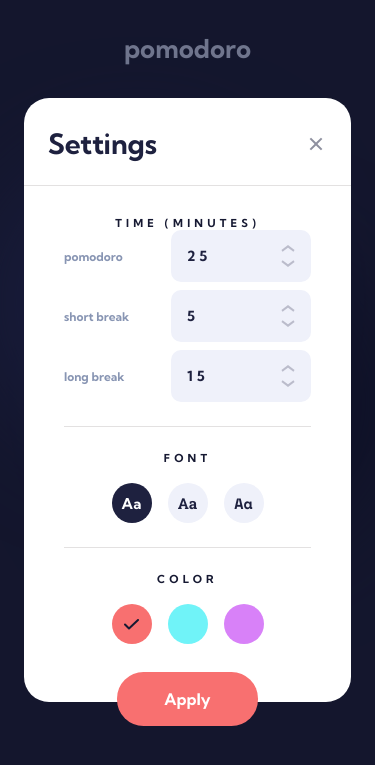
Repository: blordeus/pomodoro-app
Page: /, after clicking the first element matching `button.settings-trigger`
These files come from the project's save history. The page is drawn as it stood at one moment and after the next save; the edit follows.
The browser window is 375 px wide. The pictures show the whole page.
The project was rebuilt for these pictures with package versions that can differ from the ones it lists, and the page was loaded fresh each time.

Above is the page before, as saved 2026-05-09 18:38:38.

### index.html
<!doctype html>
<html lang="en">
  <head>
    <meta charset="UTF-8" />
    <meta name="viewport" content="width=device-width, initial-scale=1.0" />
    <title>Pomodoro App</title>
  </head>
  <body>
    <div id="root"></div>
    <script type="module" src="/src/main.jsx"></script>
  </body>
</html>

### src/main.jsx
import React from 'react';
import { createRoot } from 'react-dom/client';
import './index.css';
import App from './App.jsx';

createRoot(document.getElementById('root')).render(
  <React.StrictMode>
    <App />
  </React.StrictMode>
);

### src/index.css
@import url('https://fonts.googleapis.com/css2?family=Kumbh+Sans:wght@400;700&family=Roboto+Slab:wght@400;700&family=Space+Mono:wght@400;700&display=swap');

/* ─── Design Tokens ─────────────────────────────────────────── */
:root {
  --bg: #1E213F;
  --surface: #161932;
  --surface-alt: #0D0E1C;
  --text-primary: #D7E0FF;
  --text-muted: #8895B3;
  --modal-bg: #FFFFFF;
  --modal-text: #161932;
  --modal-label: #1E213F;
  --modal-section-title: #161932;
  --input-bg: #EFF1FA;
  --input-text: #1E213F;
  --divider: #E3E1E1;

  /* Accent — overridden by useSettings via JS */
  --accent: #F87070;

  /* Font — overridden by useSettings via JS */
  --font-app: 'Kumbh Sans', sans-serif;

  /* Timer sizing */
  --timer-outer: 410px;
  --timer-inner: 340px;
  --timer-ring-size: 339px;
}

/* ─── Reset & Base ──────────────────────────────────────────── */
*, *::before, *::after {
  box-sizing: border-box;
  margin: 0;
  padding: 0;
}

body {
  font-family: var(--font-app);
  background-color: var(--bg);
  color: var(--text-primary);
  min-height: 100vh;
  transition: font-family 0.2s ease;
}

button {
  cursor: pointer;
  border: none;
  background: none;
  font-family: inherit;
}

/* ─── App Layout ────────────────────────────────────────────── */
.app {
  display: flex;
  flex-direction: column;
  align-items: center;
  padding: 48px 24px 56px;
  min-height: 100vh;
}

.app__title {
  font-size: 1.625rem;
  font-weight: 700;
  letter-spacing: 0;
  color: var(--text-primary);
  margin-bottom: 45px;
}

/* ─── Mode Selector ─────────────────────────────────────────── */
.mode-selector {
  display: flex;
  align-items: center;
  background-color: var(--surface);
  border-radius: 31.5px;
  padding: 8px;
  gap: 0;
  margin-bottom: 48px;
}

.mode-btn {
  font-family: var(--font-app);
  font-size: 0.75rem;
  font-weight: 700;
  color: var(--text-muted);
  border-radius: 26.5px;
  padding: 14px 24px;
  transition: color 0.25s ease, background-color 0.25s ease;
  white-space: nowrap;
}

.mode-btn:hover {
  color: var(--text-primary);
}

.mode-btn--active {
  background-color: var(--accent);
  color: var(--modal-label);
}

/* ─── Timer ─────────────────────────────────────────────────── */
.timer-wrapper {
  margin-bottom: 63px;
}

.timer-outer {
  width: var(--timer-outer);
  height: var(--timer-outer);
  border-radius: 50%;
  background: linear-gradient(315deg, #2E325A 0%, #0E112A 100%);
  box-shadow:
    -50px -50px 100px #272C5A,
    50px 50px 100px #121530;
  display: flex;
  align-items: center;
  justify-content: center;
}

.timer-inner {
  width: var(--timer-inner);
  height: var(--timer-inner);
  border-radius: 50%;
  background: var(--surface);
  display: flex;
  align-items: center;
  justify-content: center;
  position: relative;
}

.timer-ring {
  position: absolute;
  inset: 0;
  display: flex;
  align-items: center;
  justify-content: center;
  width: 100%;
  height: 100%;
  padding: 20px;
}

.progress-ring {
  overflow: visible;
  width: 100%;
  height: 100%;
}

.timer-face {
  position: relative;
  z-index: 1;
  display: flex;
  flex-direction: column;
  align-items: center;
  gap: 15px;
  padding: 20px 40px;
  border-radius: 50%;
  background: transparent;
  transition: opacity 0.15s ease;
}

.timer-face:hover .timer-action {
  color: var(--accent);
}

.timer-time {
  font-family: var(--font-app);
  font-size: 5.5rem;
  font-weight: 700;
  color: var(--text-primary);
  letter-spacing: -4px;
  line-height: 1;
}

.timer-action {
  font-family: var(--font-app);
  font-size: 0.875rem;
  font-weight: 700;
  letter-spacing: 13px;
  color: var(--text-primary);
  text-transform: uppercase;
  transition: color 0.2s ease;
  /* offset to account for letter-spacing on last char */
  padding-left: 13px;
}

/* ─── Settings Trigger ──────────────────────────────────────── */
.settings-trigger {
  color: var(--text-muted);
  transition: color 0.2s ease;
  padding: 8px;
}

.settings-trigger:hover {
  color: var(--text-primary);
}

.settings-trigger img {
  opacity: 0.5;
  transition: opacity 0.2s ease;
}

.settings-trigger:hover img {
  opacity: 1;
}

/* ─── Settings Modal ────────────────────────────────────────── */
.modal-backdrop {
  position: fixed;
  inset: 0;
  background: rgba(10, 12, 28, 0.5);
  display: flex;
  align-items: center;
  justify-content: center;
  z-index: 100;
  padding: 24px;
}

.modal {
  background: var(--modal-bg);
  border-radius: 25px;
  width: 100%;
  max-width: 540px;
  position: relative;
  overflow: visible;
}

.modal__header {
  display: flex;
  align-items: center;
  justify-content: space-between;
  padding: 34px 40px 28px;
  border-bottom: 1px solid var(--divider);
}

.modal__title {
  font-size: 1.75rem;
  font-weight: 700;
  color: var(--modal-label);
}

.modal__close {
  color: var(--text-muted);
  padding: 4px;
  transition: color 0.2s ease;
  display: flex;
  align-items: center;
  justify-content: center;
}

.modal__close:hover {
  color: var(--modal-label);
}

.modal__body {
  padding: 6px 40px 24px 40px;

}

.modal__section {
  padding: 24px 0;
}

.modal__section--row {
  display: flex;
  align-items: center;
  justify-content: space-between;
}

.modal__section-title {
  font-size: 0.6875rem;
  font-weight: 700;
  letter-spacing: 4.23px;
  color: var(--modal-section-title);
  text-transform: uppercase;
  margin-bottom: 18px;
}

.modal__section--row .modal__section-title {
  margin-bottom: 0;
}

.modal__time-inputs {
  display: flex;
  gap: 20px;
}

.modal__divider {
  height: 1px;
  background: var(--divider);
}

.modal__options {
  display: flex;
  gap: 16px;
  align-items: center;
}

.modal__footer {
  display: flex;
  justify-content: center;
  padding-bottom: 0;
  /* Apply button overlaps the bottom of the modal */
  margin-top: -20px;
  margin-bottom: -24px;
}

/* ─── TimeInput ─────────────────────────────────────────────── */
.time-input {
  flex: 1;
  display: flex;
  flex-direction: column;
  gap: 8px;
}

.time-input__label {
  font-size: 0.75rem;
  font-weight: 700;
  color: var(--text-muted);
}

.time-input__control {
  display: flex;
  align-items: center;
  justify-content: space-between;
  background: var(--input-bg);
  border-radius: 10px;
  padding: 14px 16px;
  gap: 16px;
}

.time-input__value {
  font-size: 0.875rem;
  font-weight: 700;
  color: var(--input-text);
}

.time-input__arrows {
  display: flex;
  flex-direction: column;
  gap: 8px;
}

.time-input__arrow {
  color: #8895B3;
  display: flex;
  align-items: center;
  justify-content: center;
  transition: color 0.15s ease;
  padding: 0;
  line-height: 1;
}

.time-input__arrow img {
  width: 14px;
  height: 8px;
}

.time-input__arrow:hover {
  color: var(--input-text);
}

/* ─── Font Buttons ──────────────────────────────────────────── */
.font-btn {
  width: 40px;
  height: 40px;
  border-radius: 50%;
  font-size: 0.9375rem;
  font-weight: 700;
  background: var(--input-bg);
  color: var(--modal-label);
  display: flex;
  align-items: center;
  justify-content: center;
  transition: background-color 0.2s ease, color 0.2s ease;
}

.font-btn--active {
  background: var(--modal-label);
  color: var(--modal-bg);
}

/* ─── Color Buttons ─────────────────────────────────────────── */
.color-btn {
  width: 40px;
  height: 40px;
  border-radius: 50%;
  position: relative;
  transition: opacity 0.2s ease;
}

.color-btn:hover {
  opacity: 0.85;
}

.color-btn--active::after {
  content: '';
  position: absolute;
  inset: 0;
  display: flex;
  align-items: center;
  justify-content: center;
  background-image: url("data:[embedded picture, 244 characters]");
  background-repeat: no-repeat;
  background-position: center;
}

/* ─── Apply Button ──────────────────────────────────────────── */
.apply-btn {
  font-family: var(--font-app);
  font-size: 1rem;
  font-weight: 700;
  color: white;
  background: var(--accent);
  border-radius: 26.5px;
  padding: 17px 47px;
  transition: filter 0.2s ease;
}

.apply-btn:hover {
  filter: brightness(1.15);
}

/* ─── Responsive ────────────────────────────────────────────── */
@media (max-width: 600px) {
  :root {
    --timer-outer: 300px;
    --timer-inner: 267px;
    --timer-ring-size: 248px;
  }

  .app {
    padding: 32px 24px 48px;
  }

  .app__title {
    margin-bottom: 40px;
  }

  .mode-selector {
    margin-bottom: 45px;
  }

  .mode-btn {
    padding: 11px 16px;
    font-size: 0.6875rem;
  }

  .timer-time {
    font-size: 5rem;
    letter-spacing: -3px;
  }

  .timer-wrapper {
    margin-bottom: 56px;
  }

  /* Settings modal: stack time inputs vertically */
  .modal__time-inputs {
    flex-direction: column;
    gap: 8px;
  }

  .time-input__control {
    width: 140px;
    flex-shrink: 0;
  }

  .time-input__value {
    letter-spacing: 4px;
  }

  .time-input {
    flex-direction: row;
    align-items: center;
    justify-content: space-between;
  }

  .time-input__label {
    flex-shrink: 0;
  }

  .modal__header {
    padding: 28px 24px 24px;
  }

  .modal__body {
    padding: 6px 40px 24px 40px;

  }

  .modal__section--row {
    flex-direction: column;
    align-items: center;
    gap: 18px;
    text-align: center;
  }

  .modal__section-title {
    margin-bottom: 0;
    text-align: center;
  }


}

### src/App.jsx
import React, { useState } from 'react';
import { useTimer } from './hooks/useTimer';
import { useSettings } from './hooks/useSettings';
import ModeSelector from './components/ModeSelector';
import TimerDisplay from './components/TimerDisplay';
import SettingsModal from './components/SettingsModal';

const App = () => {
  const { settings, applySettings } = useSettings();
  const { mode, status, formattedTime, progress, start, pause, restart, switchMode } = useTimer(settings);
  const [showSettings, setShowSettings] = useState(false);

  return (
    <div className="app">
      <h1 className="app__title">pomodoro</h1>

      <ModeSelector mode={mode} onSwitch={switchMode} />

      <TimerDisplay
        formattedTime={formattedTime}
        progress={progress}
        status={status}
        onStart={start}
        onPause={pause}
        onRestart={restart}
      />

      <button
        className="settings-trigger"
        onClick={() => setShowSettings(true)}
        aria-label="Open settings"
      >
        <img src="/assets/icon-settings.svg" alt="" />
      </button>

      {showSettings && (
        <SettingsModal
          settings={settings}
          onApply={applySettings}
          onClose={() => setShowSettings(false)}
        />
      )}
    </div>
  );
};

export default App;

### src/hooks/useTimer.js
import { useState, useEffect, useRef, useCallback } from 'react';

const MODES = {
  pomodoro: 'pomodoro',
  shortBreak: 'shortBreak',
  longBreak: 'longBreak',
};

export const useTimer = (settings) => {
  const [mode, setMode] = useState(MODES.pomodoro);
  const [status, setStatus] = useState('idle'); // idle | running | paused | complete
  const [timeLeft, setTimeLeft] = useState(settings.pomodoro * 60);
  const intervalRef = useRef(null);

  const totalTime = settings[mode] * 60;

  // Reset timer when mode or settings change
  useEffect(() => {
    clearInterval(intervalRef.current);
    setStatus('idle');
    setTimeLeft(settings[mode] * 60);
  }, [mode, settings]);

  useEffect(() => {
    if (status === 'running') {
      intervalRef.current = setInterval(() => {
        setTimeLeft((prev) => {
          if (prev <= 1) {
            clearInterval(intervalRef.current);
            setStatus('complete');
            return 0;
          }
          return prev - 1;
        });
      }, 1000);
    } else {
      clearInterval(intervalRef.current);
    }

    return () => clearInterval(intervalRef.current);
  }, [status]);

  const start = useCallback(() => setStatus('running'), []);
  const pause = useCallback(() => setStatus('paused'), []);
  const restart = useCallback(() => {
    setStatus('idle');
    setTimeLeft(settings[mode] * 60);
  }, [mode, settings]);

  const switchMode = useCallback((newMode) => {
    setMode(newMode);
  }, []);

  const minutes = Math.floor(timeLeft / 60);
  const seconds = timeLeft % 60;
  const formattedTime = `${String(minutes).padStart(2, '0')}:${String(seconds).padStart(2, '0')}`;
  const progress = timeLeft / totalTime; // 1 = full, 0 = empty

  return {
    mode,
    status,
    timeLeft,
    totalTime,
    formattedTime,
    progress,
    start,
    pause,
    restart,
    switchMode,
    MODES,
  };
};

### src/hooks/useSettings.js
import { useState, useEffect } from 'react';

const STORAGE_KEY = 'pomodoro-settings';

const DEFAULT_SETTINGS = {
  pomodoro: 25,
  shortBreak: 5,
  longBreak: 15,
  font: 'kumbh',   // kumbh | roboto | mono
  color: 'red',    // red | cyan | purple
};

export const useSettings = () => {
  const [settings, setSettings] = useState(() => {
    try {
      const saved = localStorage.getItem(STORAGE_KEY);
      return saved ? { ...DEFAULT_SETTINGS, ...JSON.parse(saved) } : DEFAULT_SETTINGS;
    } catch {
      return DEFAULT_SETTINGS;
    }
  });

  // Apply font + color to :root whenever settings change
  useEffect(() => {
    const root = document.documentElement;

    const fontMap = {
      kumbh: "'Kumbh Sans', sans-serif",
      roboto: "'Roboto Slab', serif",
      mono: "'Space Mono', monospace",
    };

    const colorMap = {
      red: '#F87070',
      cyan: '#70F3F8',
      purple: '#D881F8',
    };

    root.style.setProperty('--accent', colorMap[settings.color]);
    root.style.setProperty('--font-app', fontMap[settings.font]);
  }, [settings.font, settings.color]);

  const applySettings = (newSettings) => {
    const merged = { ...settings, ...newSettings };
    setSettings(merged);
    try {
      localStorage.setItem(STORAGE_KEY, JSON.stringify(merged));
    } catch {
      // storage unavailable, silently continue
    }
  };

  return { settings, applySettings };
};

### src/components/ModeSelector.jsx
import React, { useState } from 'react';

const LABELS = {
  pomodoro: 'pomodoro',
  shortBreak: 'short break',
  longBreak: 'long break',
};

const ModeSelector = ({ mode, onSwitch }) => {
  return (
    <nav className="mode-selector" aria-label="Timer mode">
      {Object.entries(LABELS).map(([key, label]) => (
        <button
          key={key}
          className={`mode-btn${mode === key ? ' mode-btn--active' : ''}`}
          onClick={() => onSwitch(key)}
          aria-pressed={mode === key}
        >
          {label}
        </button>
      ))}
    </nav>
  );
};

export default ModeSelector;

### src/components/TimerDisplay.jsx
import React, { useState } from 'react';
import CircularProgress from './CircularProgress';

const ACTION_LABELS = {
  idle: 'START',
  running: 'PAUSE',
  paused: 'RESUME',
  complete: 'RESTART',
};

const TimerDisplay = ({ formattedTime, progress, status, onStart, onPause, onRestart }) => {
  const actionLabel = ACTION_LABELS[status];

  const handleAction = () => {
    if (status === 'idle' || status === 'paused') onStart();
    else if (status === 'running') onPause();
    else if (status === 'complete') onRestart();
  };

  return (
    <div className="timer-wrapper">
      {/* Outer decorative circle with layered shadow effect */}
      <div className="timer-outer">
        <div className="timer-inner">
          {/* SVG progress ring sits behind the content */}
          <div className="timer-ring">
            <CircularProgress progress={progress} />
          </div>
          {/* Time + action button */}
          <button
            className="timer-face"
            onClick={handleAction}
            aria-label={`${actionLabel} timer, time remaining ${formattedTime}`}
          >
            <span className="timer-time">{formattedTime}</span>
            <span className="timer-action">{actionLabel}</span>
          </button>
        </div>
      </div>
    </div>
  );
};

export default TimerDisplay;

### src/components/SettingsModal.jsx
import React, { useState } from 'react';
import TimeInput from './TimeInput';

const FONTS = [
  { key: 'kumbh', label: 'Aa', style: { fontFamily: "'Kumbh Sans', sans-serif" } },
  { key: 'roboto', label: 'Aa', style: { fontFamily: "'Roboto Slab', serif" } },
  { key: 'mono', label: 'Aa', style: { fontFamily: "'Space Mono', monospace" } },
];

const COLORS = [
  { key: 'red', hex: '#F87070' },
  { key: 'cyan', hex: '#70F3F8' },
  { key: 'purple', hex: '#D881F8' },
];

const SettingsModal = ({ settings, onApply, onClose }) => {
  const [draft, setDraft] = useState({ ...settings });

  const update = (key, value) => setDraft((prev) => ({ ...prev, [key]: value }));

  const handleApply = () => {
    onApply(draft);
    onClose();
  };

  // Close on backdrop click
  const handleBackdrop = (e) => {
    if (e.target === e.currentTarget) onClose();
  };

  return (
    <div className="modal-backdrop" onClick={handleBackdrop} role="dialog" aria-modal="true" aria-labelledby="settings-title">
      <div className="modal">
        <div className="modal__header">
          <h2 className="modal__title" id="settings-title">Settings</h2>
          <button className="modal__close" onClick={onClose} aria-label="Close settings">
            <img src="/assets/icon-close.svg" alt="" />
          </button>
        </div>

        <div className="modal__body">
          {/* Time inputs */}
          <section className="modal__section">
            <h3 className="modal__section-title">Time (Minutes)</h3>
            <div className="modal__time-inputs">
              <TimeInput
                label="pomodoro"
                value={draft.pomodoro}
                onChange={(v) => update('pomodoro', v)}
              />
              <TimeInput
                label="short break"
                value={draft.shortBreak}
                onChange={(v) => update('shortBreak', v)}
              />
              <TimeInput
                label="long break"
                value={draft.longBreak}
                onChange={(v) => update('longBreak', v)}
              />
            </div>
          </section>

          <div className="modal__divider" />

          {/* Font picker */}
          <section className="modal__section modal__section--row">
            <h3 className="modal__section-title">Font</h3>
            <div className="modal__options">
              {FONTS.map(({ key, label, style }) => (
                <button
                  key={key}
                  className={`font-btn${draft.font === key ? ' font-btn--active' : ''}`}
                  style={style}
                  onClick={() => update('font', key)}
                  aria-label={`Font ${key}`}
                  aria-pressed={draft.font === key}
                >
                  {label}
                </button>
              ))}
            </div>
          </section>

          <div className="modal__divider" />

          {/* Color picker */}
          <section className="modal__section modal__section--row">
            <h3 className="modal__section-title">Color</h3>
            <div className="modal__options">
              {COLORS.map(({ key, hex }) => (
                <button
                  key={key}
                  className={`color-btn${draft.color === key ? ' color-btn--active' : ''}`}
                  style={{ backgroundColor: hex }}
                  onClick={() => update('color', key)}
                  aria-label={`Color ${key}`}
                  aria-pressed={draft.color === key}
                />
              ))}
            </div>
          </section>
        </div>

        <div className="modal__footer">
          <button className="apply-btn" onClick={handleApply}>
            Apply
          </button>
        </div>
      </div>
    </div>
  );
};

export default SettingsModal;

### src/components/CircularProgress.jsx
import React, { useState } from 'react';

const CircularProgress = ({ progress, size = 339, strokeWidth = 10 }) => {
  const radius = (size - strokeWidth) / 2;
  const circumference = 2 * Math.PI * radius;
  const offset = circumference - progress * circumference;

  return (
    <svg
      width="100%"
      height="100%"
      viewBox={`0 0 ${size} ${size}`}
      className="progress-ring"
      aria-hidden="true"
    >
      {/* Track (background ring) — invisible, just for spacing */}
      <circle
        cx={size / 2}
        cy={size / 2}
        r={radius}
        fill="none"
        stroke="transparent"
        strokeWidth={strokeWidth}
      />
      {/* Progress arc */}
      <circle
        cx={size / 2}
        cy={size / 2}
        r={radius}
        fill="none"
        stroke="var(--accent)"
        strokeWidth={strokeWidth}
        strokeLinecap="round"
        strokeDasharray={circumference}
        strokeDashoffset={offset}
        // Start at 12 o'clock (default SVG starts at 3 o'clock)
        transform={`rotate(-90 ${size / 2} ${size / 2})`}
        style={{ transition: 'stroke-dashoffset 0.5s linear' }}
      />
    </svg>
  );
};

export default CircularProgress;

### src/components/TimeInput.jsx
import React, { useState } from "react";

const TimeInput = ({ label, value, onChange, min = 1, max = 60 }) => {
  const increment = () => onChange(Math.min(max, value + 1));
  const decrement = () => onChange(Math.max(min, value - 1));

  return (
    <div className="time-input">
      <label className="time-input__label" htmlFor={`time-${label}`}>
        {label}
      </label>
      <div className="time-input__control">
        <span
          className="time-input__value"
          id={`time-${label}`}
          aria-live="polite"
        >
          {value}
        </span>
        <div className="time-input__arrows" aria-hidden="true">
          <div className="time-input__arrows">
            <button
              className="time-input__arrow"
              onClick={increment}
              aria-label={`Increase ${label}`}
            >
              <img src="/assets/icon-arrow-up.svg" alt="" />
            </button>
            <button
              className="time-input__arrow"
              onClick={decrement}
              aria-label={`Decrease ${label}`}
            >
              <img src="/assets/icon-arrow-down.svg" alt="" />
            </button>
          </div>
        </div>
      </div>
    </div>
  );
};

export default TimeInput;

After the next save:
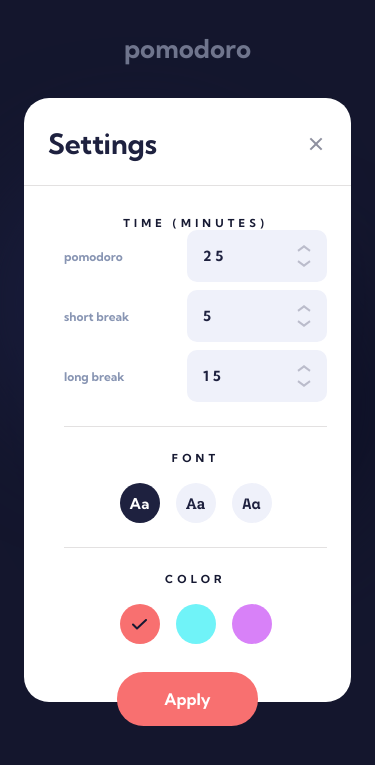
Saved 7 s later.
--- a/src/index.css
+++ b/src/index.css
@@ -482,7 +482,7 @@ button {
   }
 
   .modal__body {
-    padding: 6px 40px 24px 40px;
+    padding: 6px 24px 24px 40px;
 
   }
 
